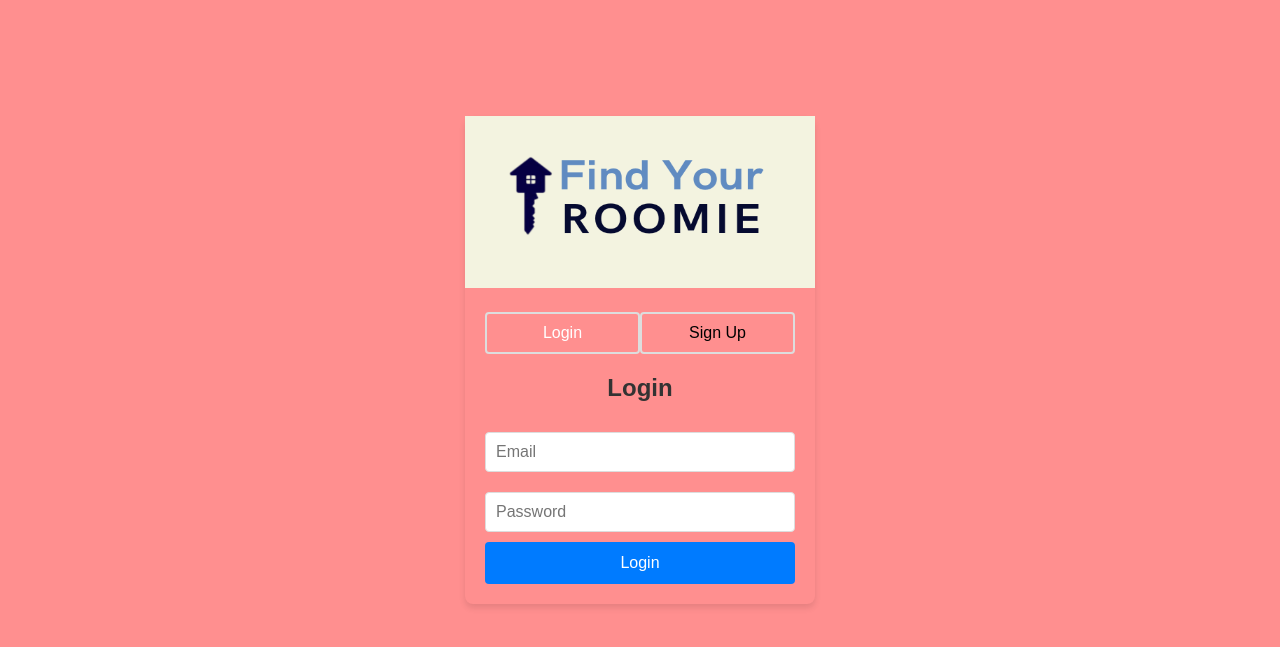
Repository: Sanjana-Inapakolla/Find-your-Roomie-website
Page: mini-project(jfst)/MiniProject/src/main/webapp/Login_signup.html
An editor plug-in stored every save of this project. The page is shown before and after the next save, followed by the edit.
The browser window is 1280 px wide. The pictures show the whole page.

Above is the page before, as saved 2024-11-13 09:43:48.

After the next save:
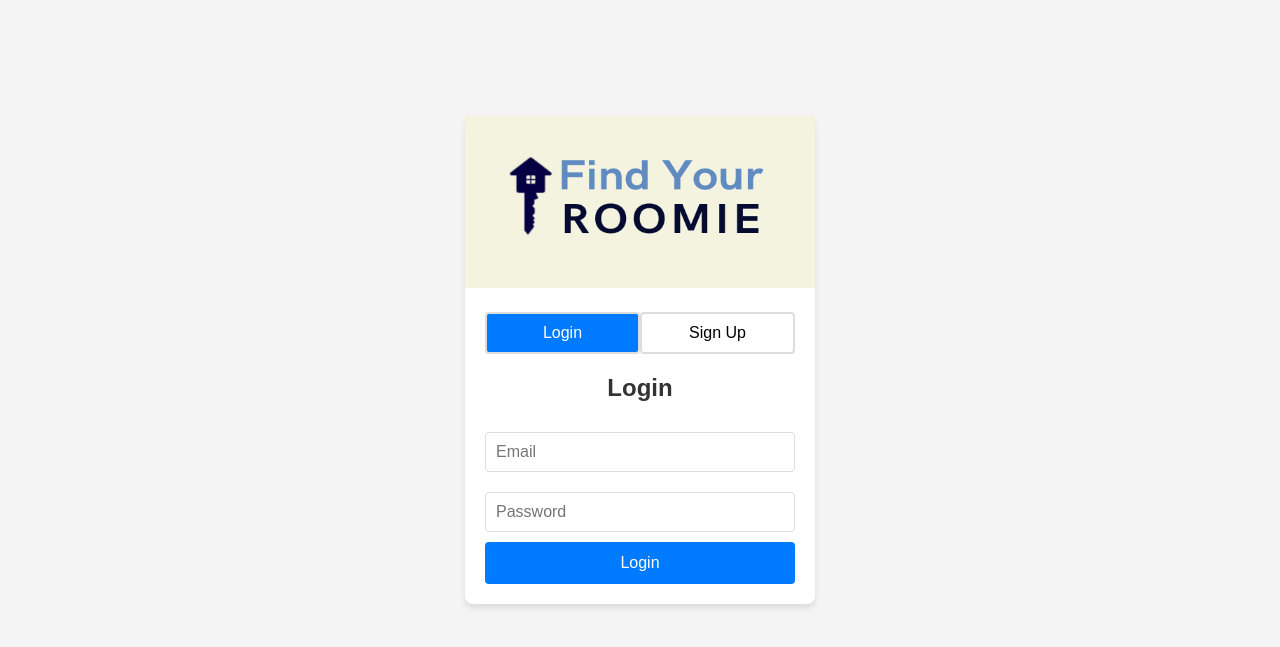
Saved 34 s later.
--- a/mini-project(jfst)/MiniProject/src/main/webapp/styles.css
+++ b/mini-project(jfst)/MiniProject/src/main/webapp/styles.css
@@ -7,7 +7,7 @@
 
 body {
     font-family: Arial, sans-serif;
-    background-color: #ff8f8f;
+    background-color: #f4f4f4;
     display: flex;
     justify-content: center;
     align-items: center;
@@ -15,7 +15,7 @@ body {
 }
 
 .container {
-    background-color: #ff8f8f;
+    background-color: #ffffff;
     width: 350px;
     border-radius: 8px;
     box-shadow: 0 4px 6px rgba(0, 0, 0, 0.1);
@@ -46,7 +46,7 @@ body {
 }
 
 .switch-btn.active {
-    background-color: #ff8f8f;
+    background-color: #007bff;
     color: white;
 }
 
